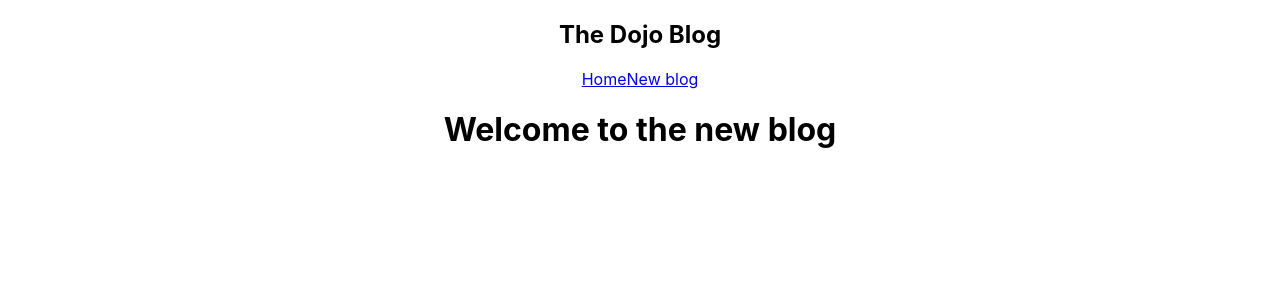
Repository: Samkiroko/full-reacr-ninja
Page: /
The author's editor kept a copy of each file at every save. The page is drawn from the files as they stood at one save, then again after the next save.
The browser window is 1280 px wide. The pictures show the whole page.
The project was rebuilt for these pictures with package versions that can differ from the ones it lists, and the page was loaded fresh each time.

Above is the page before, as saved 2021-07-19 16:08:32.

After the next save:
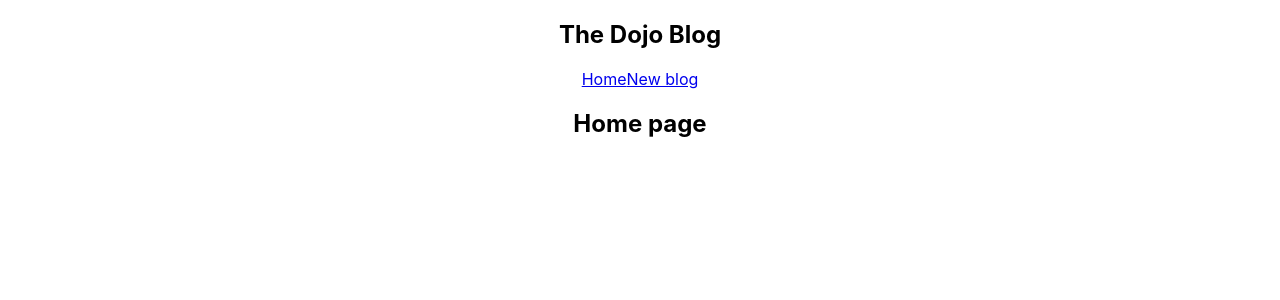
Saved 43 s later.
--- a/src/App.js
+++ b/src/App.js
@@ -1,16 +1,15 @@
 import './App.css'
+import Home from './Home'
 import Navbar from './Navbar'
 
 function App() {
   const title = 'Welcome to the new blog'
-  const likes = 50
-  const link = 'https://github.com/david-gpu/blog'
 
   return (
     <div className='App'>
       <Navbar />
       <div className='content'>
-        <h1>{title}</h1>
+        <Home />
       </div>
     </div>
   )
